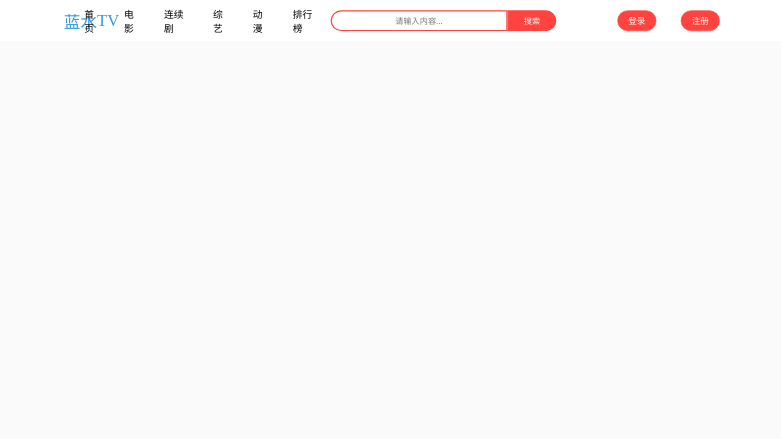
Repository: 842992406/blueWaterTV
Page: index.html
The author's editor kept a copy of each file at every save. The page is drawn from the files as they stood at one save, then again after the next save.
The browser window is 1280 px wide. The pictures show the whole page, at 61% of full size.

Above is the page before, as saved 2022-05-05 16:17:39.

### index.html
<!DOCTYPE html>
<html lang="en">

<head>
  <meta charset="UTF-8">
  <meta http-equiv="X-UA-Compatible" content="IE=edge">
  <meta name="viewport" content="width=device-width, initial-scale=1.0">
  <title>蓝水TV</title>
  <link rel="stylesheet" href="./css/index.css">
</head>

<body>
  <!-- 头界面 -->
  <header>
    <!-- logo -->
    <div class="logo">
      <ul>
        <li>蓝</li>
        <li>水</li>
        <li>TV</li>
      </ul>
    </div>
    <!-- 导航栏 -->
    <div class="changeBox">
      <ul>
        <li>首页</li>
        <li>电影</li>
        <li>连续剧</li>
        <li>综艺</li>
        <li>动漫</li>
        <li>排行榜</li>
      </ul>
    </div>
    <div class="search">
      <input type="text" name="" id="input" placeholder="请输入内容..." onfocus="this.placeholder=''"
        onblur="this.placeholder='请输入内容...'">
      <button type="submit">搜索</button>
    </div>
    <!-- 登录注册按钮 -->
    <div class="userLogin">
      <button type="submit">登录</button>
      <button type="submit">注册</button>
    </div>
  </header>
  <!-- 主界面 -->
  <main></main>
  <!-- 脚页面 -->
  <footer></footer>
</body>

</html>

### css/index.css
*{
  padding: 0;
  margin: 0;
  box-sizing: border-box;
}

body{
  width: 100vw;
  height: 100vh;
  background-color: rgb(250, 250, 250);
}

/* 所有的 li 的前面的点都去掉 */
li{
  list-style: none;
}

header{
  position:fixed;
  right:0;
  top:0;
  width: 100vw;
  height: 68px;
  background-color: rgb(255, 255, 255);
  display: flex;
  padding:0 80px;
  justify-content: space-between;
}

.logo>ul{
  width: 100px;
  height: 100%;
  display: flex;
  font-size: 1.7em;
  justify-content: center;
  align-items: center;
  margin-left: 20px;
  color: #3498db;
  /* 鼠标变为小手 */
  cursor: pointer;
}

.logo>ul li {
  transition: 1s;
}
/* logo的第一个单词 */
.logo>ul>li:nth-of-type(1):hover{
  transform: rotate(360deg);
  color: aqua;
}
/* logo的第二个单词 */
.logo>ul>li:nth-of-type(2):hover{
  transform: scale(1.2);
  color: #f1c40f;
}
/* logo的第三个单词 */
.logo>ul>li:nth-of-type(3):hover{
  transform: rotate(360deg);
  color: #60a3bc;
}

/* 导航栏 */
.changeBox{
  width: 440px;
  height: 100%;
  display: flex;
  transform: translateX(-80px);
}

.changeBox>ul{
  display: flex;
  justify-content: center;
  align-items: center;
}

.changeBox>ul li{
  margin: 0 18px;
  cursor: pointer;
}

.changeBox>ul li:hover{
  color: #e67e22;
  border-bottom: 2px solid #e67e22;
}

.search{
  width: 380px;
  height: 100%;
  display: flex;
  justify-content: center;
  align-items: center;
  transform: translateX(-80px);
}

.search #input{
  width: 290px;
  height: 50%;
  border-radius: 25px 0 0 25px;
    /* 去掉焦点之后的边框 */
  outline: none;
  border: 2px solid rgb(255, 68, 63);
  text-align: center;
}

.search button{
  height: 50%;
  width: 80px;
  color: white;
  background-color: rgb(255, 68, 63);
  border-radius: 0 25px 25px 0;
  border: 2px solid rgb(255, 68, 63);
  /* 去掉点击的边框 */
  outline: none;
  cursor: pointer;
}

.userLogin {
  display: flex;
  justify-content: flex-end;
  align-items: center;
}

.userLogin button{
  height: 50%;
  width: 64px;
  padding: 0 15px;
  margin: 0 20px;
  border-radius: 20px;
  font-size: 14px;
  /* 去掉点击之后的黑色边框 */
  outline: none;
  background-color: rgb(255, 68, 63);
  color: white;
  border: 1px solid rgb(255, 68, 63);
  cursor: pointer;
  transition: .5s;
}

.userLogin button:hover{
  transform: scale(1.2);
}

.main{
  width: 100vw;
  height: 2500px;
  background-color: red;
}

After the next save:
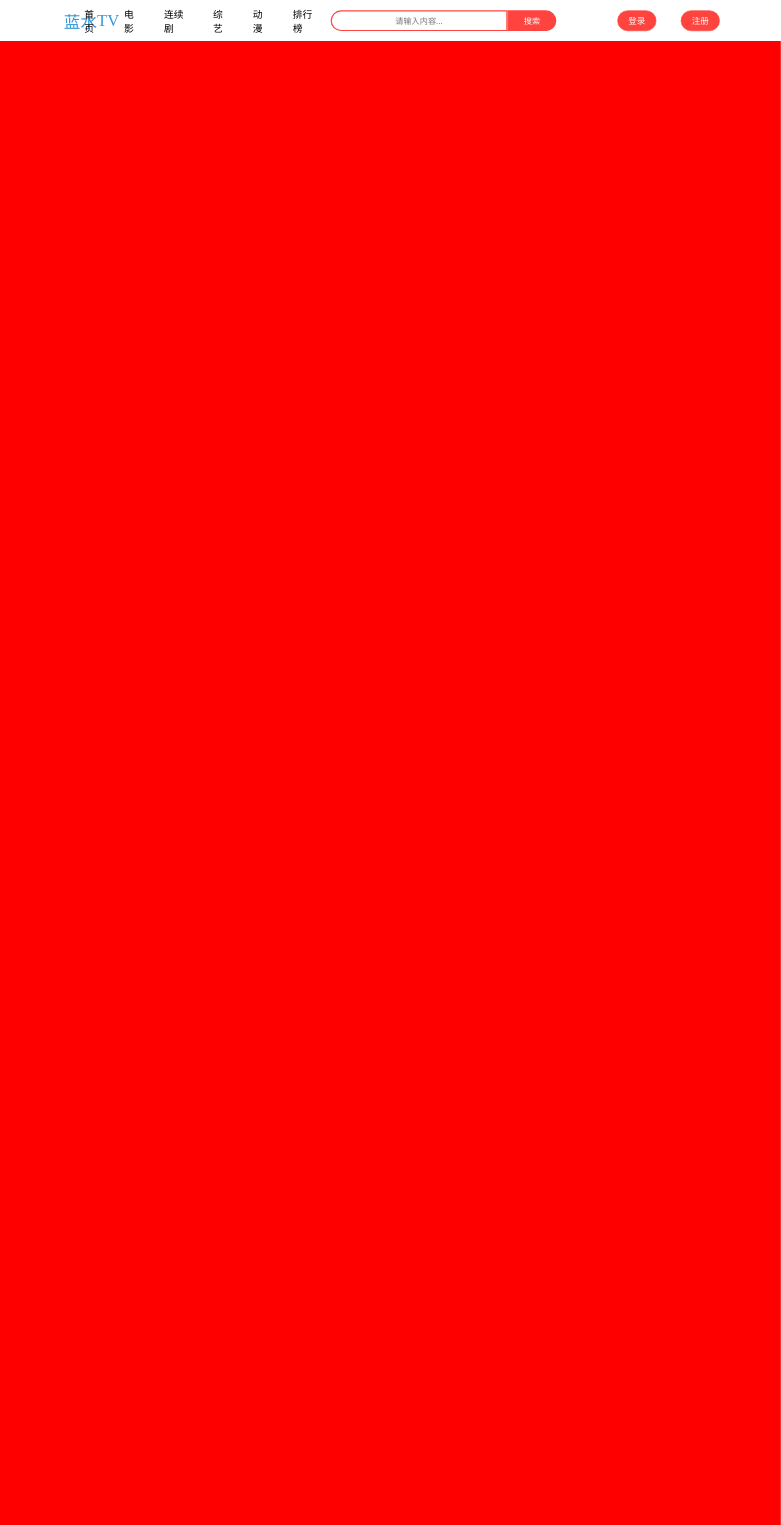
Saved 7 s later.
--- a/css/index.css
+++ b/css/index.css
@@ -140,7 +140,7 @@ header{
   transform: scale(1.2);
 }
 
-.main{
+main{
   width: 100vw;
   height: 2500px;
   background-color: red;
